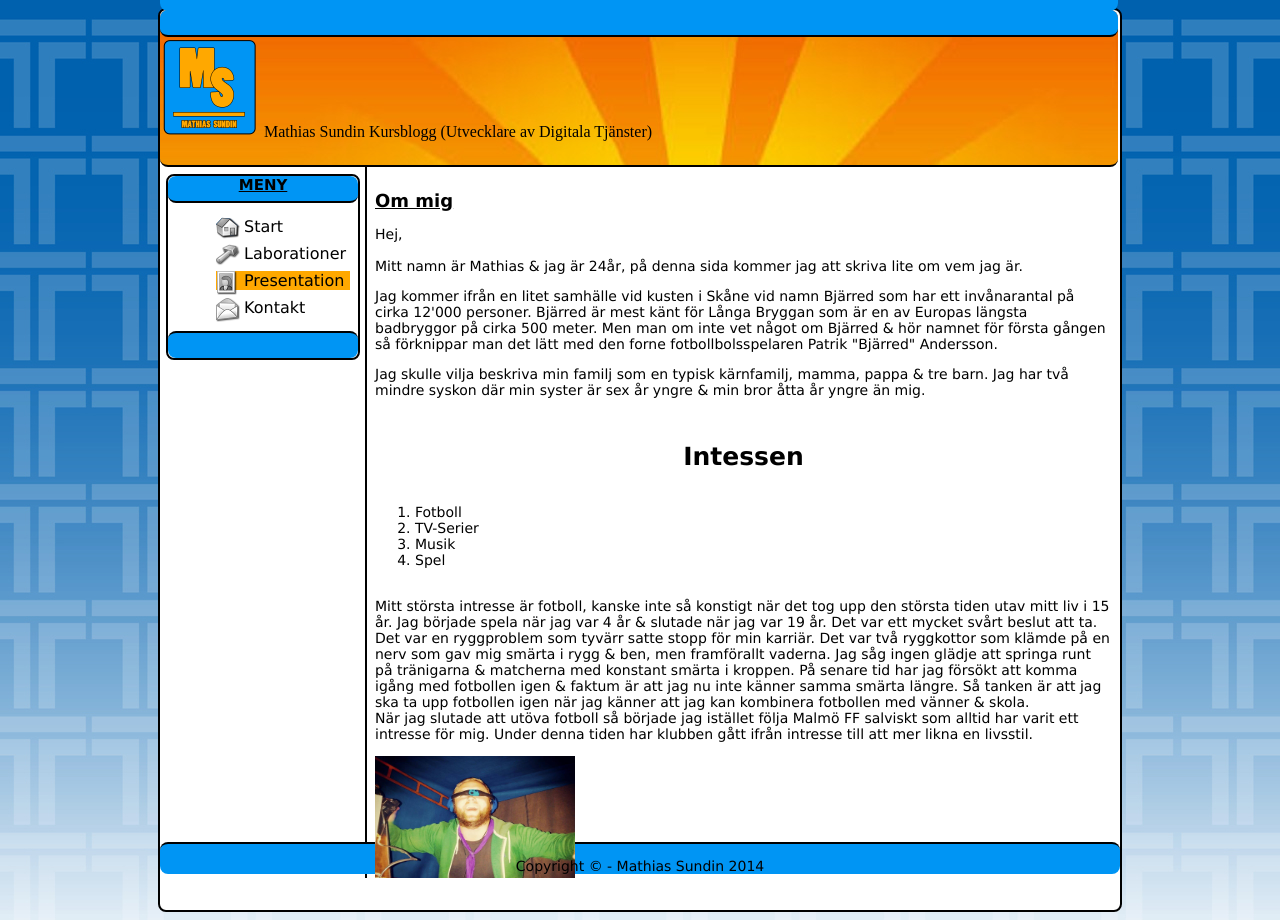
Repository: ms223uh/1ik415-laborationer
Page: www/pages/presentation.html
The author's editor kept a record of every edit. The page is drawn from the files as they stood at one moment, then again after the next edit.
The browser window is 1280 px wide. The pictures show the whole page.
An inner scrolling area shows only its first screen.

Above is the page before.

After the next edit:
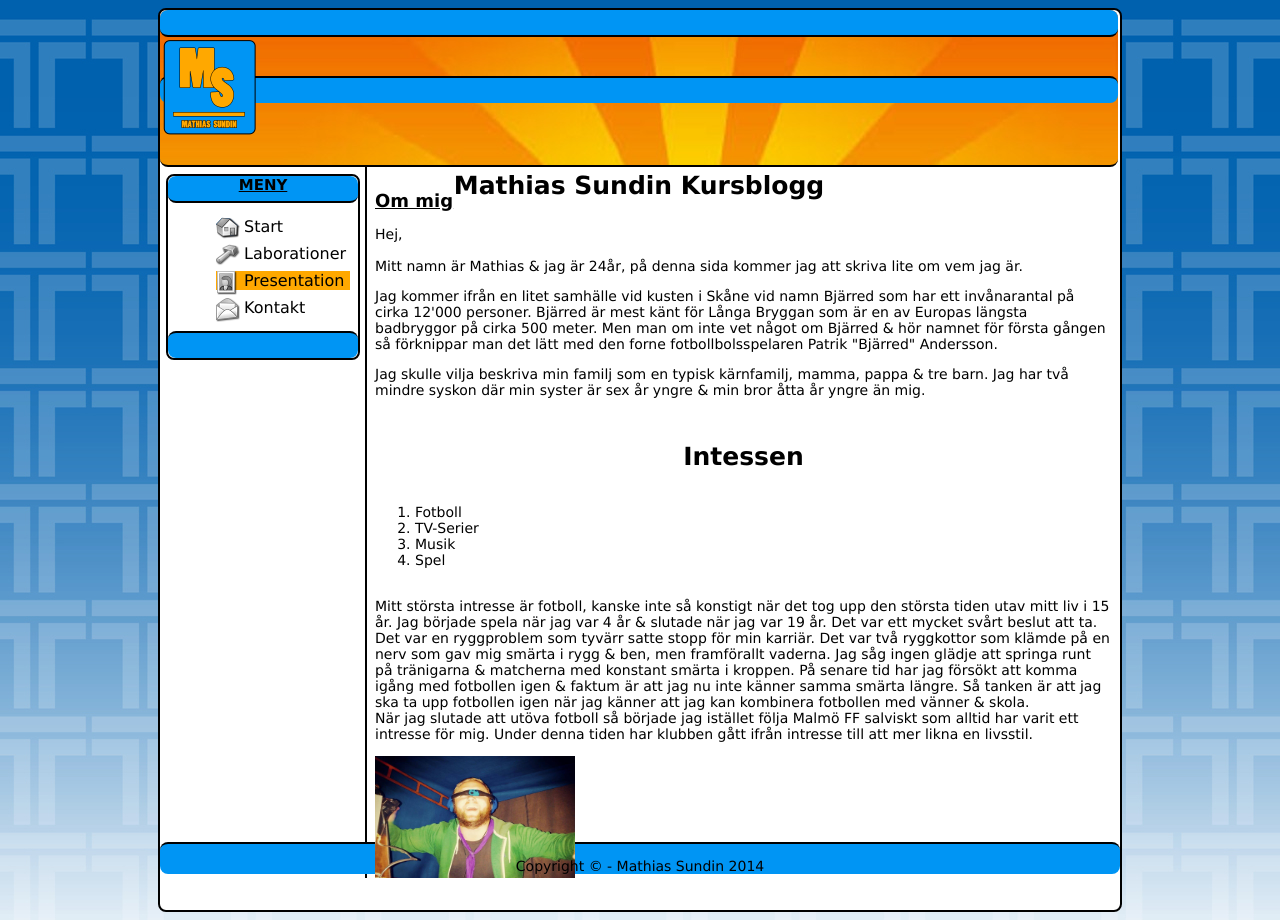
The edit:
--- a/www/pages/presentation.html
+++ b/www/pages/presentation.html
@@ -24,8 +24,8 @@
 
             <img src="../pics/logo1.png" width="100" height="100" alt="Logo">
 
-            <h9>Mathias Sundin Kursblogg</h9>
-            <h10>(Utvecklare av Digitala Tjänster)</h10>
+            <h4>Mathias Sundin Kursblogg</h4>
+
 
             <div id="footer3"></div>
 
